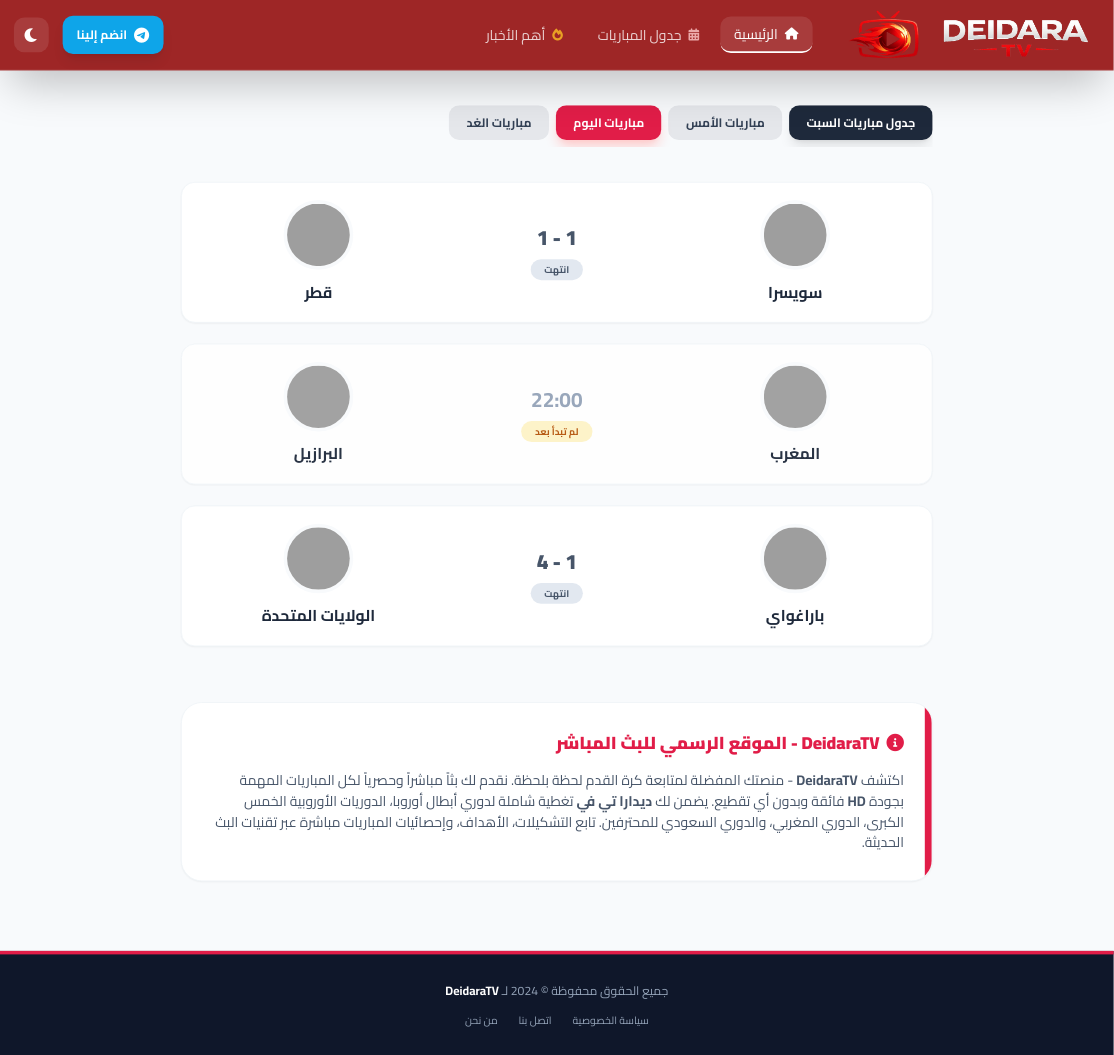
Repository: zakariax05/deidaraTV
Page: index.html
The author's editor kept a copy of each file at every save. The page is drawn from the files as they stood at one save, then again after the next save.
The browser window is 1280 px wide. The pictures show the whole page, at 87% of full size.
Pictures or frames that could not be fetched are drawn as grey boxes. Some web libraries are served in a nearby version.

Above is the page before, as saved 2026-06-14 03:02:35.

After the next save:
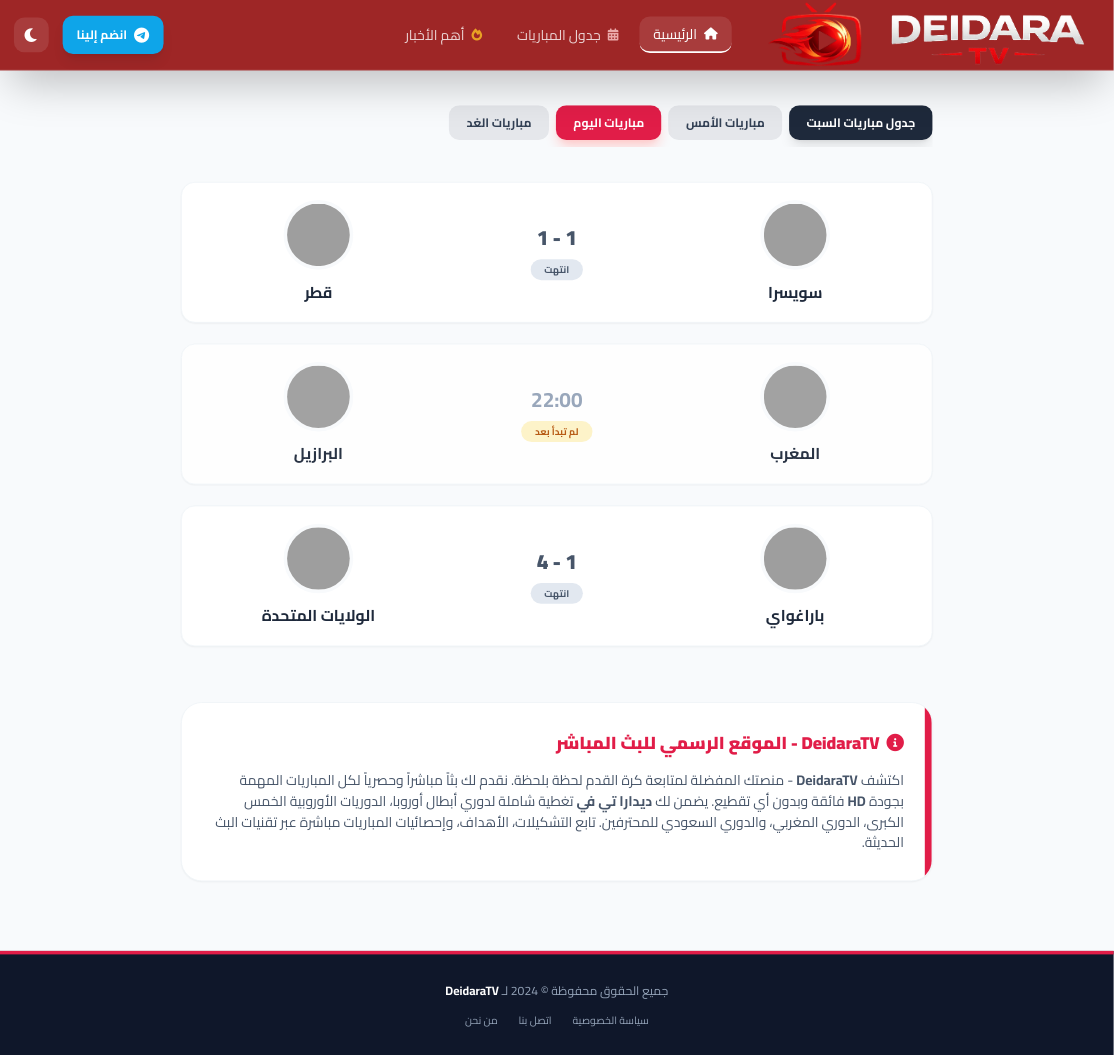
Saved 29 s later.
--- a/index.html
+++ b/index.html
@@ -52,9 +52,9 @@
           <div onclick="window.location.reload()"
             class="flex items-center gap-3 cursor-pointer group select-none transition-transform active:scale-95">
             <img src="imgs/caption logo.png" alt="DeidaraTV Logo Badge"
-              class="h-16 md:h-[60px] w-auto object-contain transition-all hover:scale-105">
+              class="h-16 md:h-20 w-auto object-contain transition-all hover:scale-105">
             <img src="imgs/icon.png" alt="DeidaraTV Logo Badge"
-              class="h-16 md:h-[60px] w-auto object-contain transition-all hover:scale-105">
+              class="h-16 md:h-20 w-auto object-contain transition-all hover:scale-105">
 
           </div>
 
